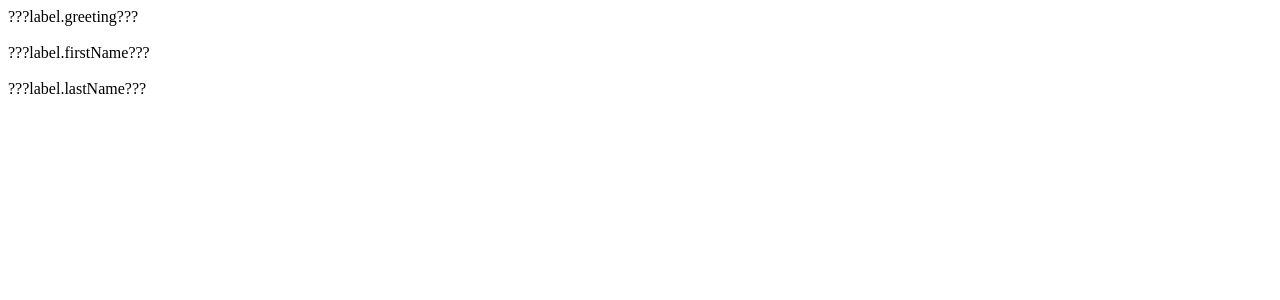
Repository: linhphan98/JavaDatabase
Page: http://localhost/MultiLingualWebApp/i18n-messages.jsp
These files come from the project's save history. The page is drawn as it stood at one moment and after the next save; the edit follows.
The browser window is 1280 px wide. The pictures show the whole page.
The page is served by Tomcat 9.

Above is the page before, as saved 2020-01-14 19:56:10.

### MultiLingualWebApp/WebContent/i18n-messages.jsp
<%@ taglib uri="http://java.sun.com/jsp/jstl/fmt" prefix = "fmt" %>
<%@ taglib uri="http://java.sun.com/jsp/jstl/core" prefix = "c" %>

<html>
	<body>
		<fmt:message key="label.greeting"/> <br/><br/>

		<fmt:message key="label.firstName"/> <br/><br/>

		<fmt:message key="label.lastName"/> <br/><br/>

	</body>
</html>

After the next save:
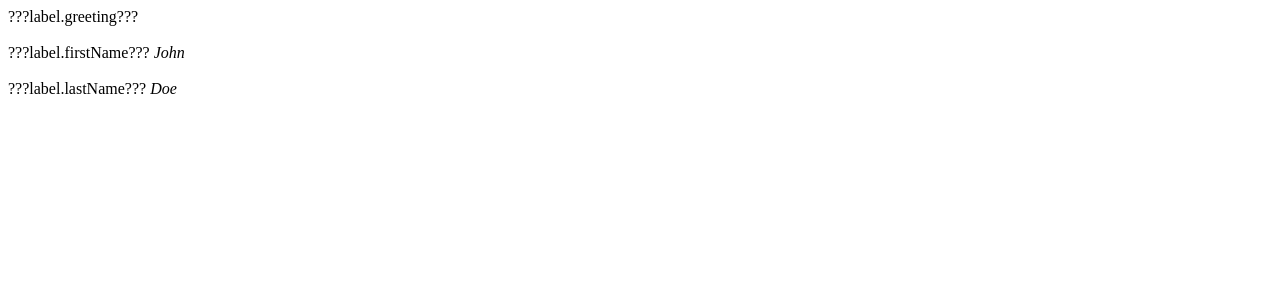
Saved 16 s later.
--- a/MultiLingualWebApp/WebContent/i18n-messages.jsp
+++ b/MultiLingualWebApp/WebContent/i18n-messages.jsp
@@ -5,9 +5,9 @@
 	<body>
 		<fmt:message key="label.greeting"/> <br/><br/>
 
-		<fmt:message key="label.firstName"/> <br/><br/>
+		<fmt:message key="label.firstName"/> <i>John</i><br/><br/>
 
-		<fmt:message key="label.lastName"/> <br/><br/>
+		<fmt:message key="label.lastName"/> <i>Doe</i> <br/><br/>
 
 	</body>
 </html>
